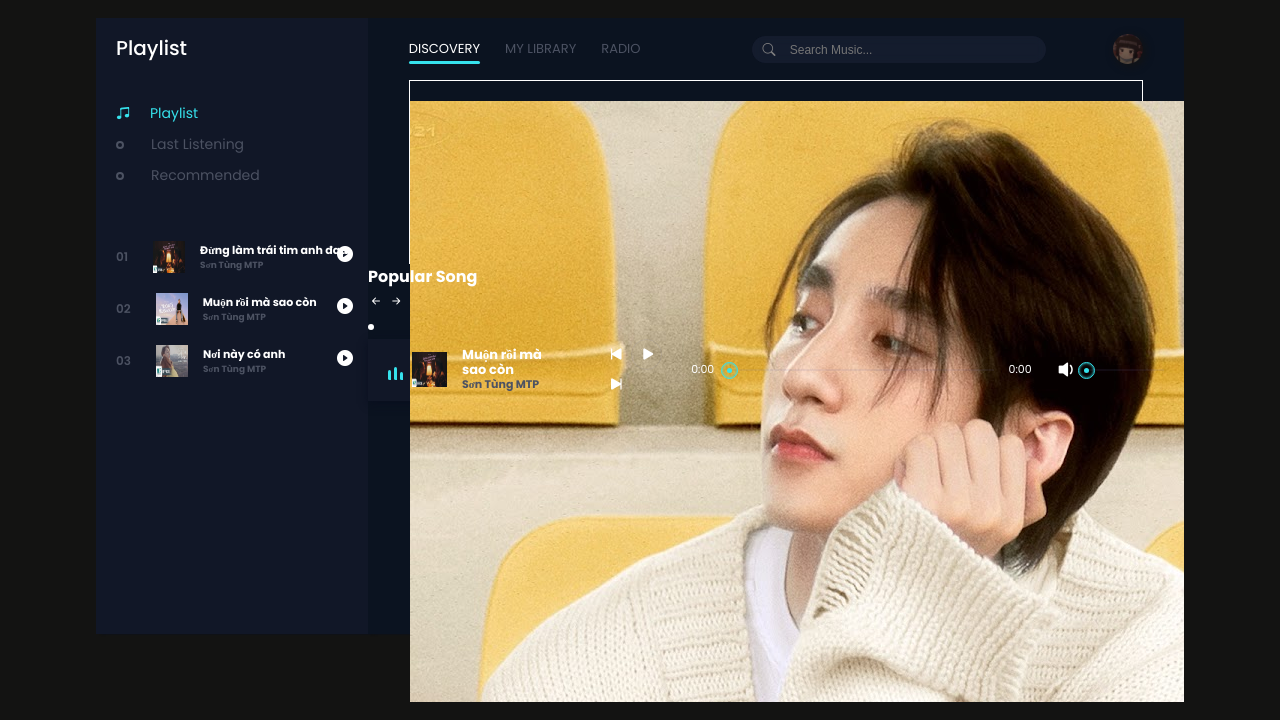
Repository: reminzuetto/Music-Website
Page: index.html
The author's editor kept a copy of each file at every save. The page is drawn from the files as they stood at one save, then again after the next save.
The browser window is 1280 px wide. The pictures show the whole page.

Above is the page before, as saved 2024-06-11 04:16:54.

### index.html
<!DOCTYPE html>
<html lang="en">
  <head>
    <meta charset="UTF-8" />
    <meta name="viewport" content="width=device-width, initial-scale=1.0" />
    <link rel="stylesheet" href="./style.css" />
    <link
      rel="stylesheet"
      href="https://cdn.jsdelivr.net/npm/bootstrap-icons@1.11.3/font/bootstrap-icons.min.css"
    />
    <title>Music Website</title>
  </head>
  <body>
    <header>
      <div class="menu_side">
        <h1>Playlist</h1>
        <div class="playlist">
          <h4 class="active">
            <span></span><i class="bi bi-music-note-beamed"></i>Playlist
          </h4>
          <h4>
            <span></span><i class="bi bi-music-note-beamed"></i>Last Listening
          </h4>
          <h4>
            <span></span><i class="bi bi-music-note-beamed"></i>Recommended
          </h4>
        </div>
        <div class="menu_song">
          <li class="songItem">
            <span>01</span>
            <img
              src="./MusicThumbnail/DungLamTraiTimAnhDau.jpg"
              alt="DungLamTraiTimAnhDau"
            />
            <h5 class="subtitle">
              Đừng làm trái tim anh đau
              <div class="subtitle">Sơn Tùng MTP</div>
            </h5>
            <i class="bi bi-play-circle-fill"></i>
          </li>
          <li class="songItem">
            <span>02</span>
            <img
              src="./MusicThumbnail/MuonRoiMaSaoCon.jpg"
              alt="MuonRoiMaSaoCon"
            />
            <h5 class="subtitle">
              Muộn rồi mà sao còn
              <div class="subtitle">Sơn Tùng MTP</div>
            </h5>
            <i class="bi bi-play-circle-fill"></i>
          </li>
          <li class="songItem">
            <span>03</span>
            <img src="./MusicThumbnail/NoiNayCoAnh.jpg" alt="NoiNayCoAnh" />
            <h5 class="subtitle">
              Nơi này có anh
              <div class="subtitle">Sơn Tùng MTP</div>
            </h5>
            <i class="bi bi-play-circle-fill"></i>
          </li>
        </div>
      </div>
      <div class="song_side">
        <nav>
          <ul>
            <li>DISCOVERY<span></span></li>
            <li>MY LIBRARY</li>
            <li>RADIO</li>
          </ul>
          <div class="search">
            <i class="bi bi-search"></i>
            <input type="text" placeholder="Search Music..." />
          </div>
          <div class="user">
            <img src="./Picture/Ava.jpg" alt="User" title="Yuuto" />
          </div>
        </nav>
        <div class="content">
          <div class="artistInfos">
            <div class="artistPicture">
              <img src="./ArtistWallPaper/MTP.jpg" alt="" />
            </div>
            <div class="artistInfo">
              <div class="verifiedArtist">
                <i class="bi bi-patch-check-fill"></i>
                <p class="text">Verified Artist</p>
              </div>
              <h1>Sơn Tùng MTP</h1>
            </div>
          </div>
          <div class="buttons">
            <button class="play"><i class="bi bi-play-circle"></i></button>
            <button class="follow">Follow</button>
          </div>
        </div>
        <div class="popular_song">
          <div class="h4">
            <h4>Popular Song</h4>
            <div class="btn_s">
              <i class="bi bi-arrow-left-short"></i>
              <i class="bi bi-arrow-right-short"></i>
            </div>
          </div>
            <div class="pop_song">
                <li class = "songItem">
                    <div class="img_play"></div>
                </li>
        </div>
      </div>

      <div class="master_play">
        <div class="wave">
          <div class="wave1"></div>
          <div class="wave1"></div>
          <div class="wave1"></div>
        </div>
        <img
          src="./MusicThumbnail/DungLamTraiTimAnhDau.jpg"
          alt="DungLamTraiTimAnhDau"
        />
        <h5 class="subtitle">
          Muộn rồi mà sao còn
          <div class="subtitle">Sơn Tùng MTP</div>
        </h5>
        <div class="icon">
          <i class="bi bi-skip-start-fill"></i>
          <i class="bi bi-play-fill"></i>
          <i class="bi bi-skip-end-fill"> </i>
        </div>
        <span class="currentStart">0:00</span>
        <div class="bar">
          <input type="range" id="seek" min="0" value="0" max="100" />
          <div class="bar2"></div>
          <div class="dot"></div>
        </div>
        <span class="currentEnd">0:00</span>

        <div class="vol">
          <i class="bi bi-volume-down-fill"></i>
          <input type="range" id="seek" min="0" value="0" max="100" />
          <div class="vol_bar"></div>
          <div class="dot"></div>
        </div>
      </div>
    </header>
    <script src="./main.js"></script>
  </body>
</html>

### style.css
@import url("https://fonts.googleapis.com/css2?family=Poppins:ital,wght@0,100;0,200;0,300;0,400;0,500;0,600;0,700;0,800;0,900;1,100;1,200;1,300;1,400;1,500;1,600;1,700;1,800;1,900&display=swap");
* {
  padding: 0%;
  margin: 0%;
  box-sizing: border-box;
}

body {
  width: 100%;
  height: 100vh;
  background-color: #131312;
  font-family: "Poppins", "sans-serif";
  display: flex;
  align-items: center;
  justify-content: center;
}

header {
  width: 85%;
  height: 95%;
  /* border: 1px solid #fff; */
  display: flex;
  flex-wrap: wrap;
  overflow: hidden;
}

header .menu_side,
.song_side {
  position: relative;
  width: 25%;
  height: 90%;
  /* border: 1px solid #fff; */
  background-color: #111727;
  box-shadow: 5px 0px 2px #090f1f;
  color: #fff;
}

header .song_side {
  width: 75%;
  background: #0b1320;
}

header .master_play {
  width: 100%;
  height: 10%;
  background: #111727;
  box-shadow: 0px 3px 8px #090f1f;
}

header .menu_side h1 {
  font-size: 20px;
  margin: 15px 0px 0px 20px;
  font-weight: 500;
}

header .menu_side .playlist {
  margin: 40px 0px 0px 20px;
}
header .menu_side .playlist h4 {
  font-size: 14px;
  font-weight: 400;
  padding-bottom: 10px;
  color: #4c5262;
  cursor: pointer;
  display: flex;
  align-items: center;
  transition: 0.3 linear;
}

header .menu_side .playlist h4:hover {
  color: #fff;
}
header .menu_side .playlist h4 span {
  position: relative;
  margin-right: 35px;
}
header .menu_side .playlist h4 span::before {
  content: "";
  position: absolute;
  width: 4px;
  height: 4px;
  border: 2px solid #4c5262;
  border-radius: 50%;
  top: -4px;
  transition: 0.3s linear;
}

header .menu_side .playlist h4:hover span::before:hover {
  border: 2px solid #fff;
}

header .menu_side .playlist h4 .bi {
  display: none;
}

header .menu_side .playlist .active {
  color: #36e2ec;
}

header .menu_side .playlist .active span {
  display: none;
}

header .menu_side .playlist .active .bi {
  display: block;
  margin-right: 20px;
}

header .menu_side .menu_song {
  width: 100%;
  height: 320px;
  /* border: 1px solid #fff; */
  margin-top: 40px;
}
header .menu_side .menu_song li {
  position: relative;
  list-style: none;
  padding: 5px 0px 5px 20px;
  margin-bottom: 10px;
  cursor: pointer;
  transition: 0.3s linear;
  display: flex;
  align-items: center;
}
header .menu_side .menu_song li:hover {
  background: rgb(105, 105, 170, 0.1);
}
header .menu_side .menu_song li span {
  font-size: 12px;
  font-weight: 600;
  color: #4c5262;
}
header .menu_side .menu_song li img {
  width: 32px;
  height: 32px;
  margin-left: 25px;
}

header .menu_side .menu_song li h5 {
  font-size: 11px;
  margin-left: 15px;
}

header .menu_side .menu_song li h5 .subtitle {
  font-size: 9px;
  color: #4c5262;
}

header .menu_side .menu_song li .bi {
  position: absolute;
  right: 15px;
  top: 6px;
}

header .master_play {
  display: flex;
  align-items: center;
  padding: 0 20px;
}

header .master_play .wave {
  width: 30px;
  height: 30px;
  padding-bottom: 5px;
  display: flex;
  align-items: flex-end;
}

header .master_play .wave .wave1 {
  width: 3px;
  height: 10px;
  margin-right: 3px;
  border-radius: 10px 10px 0 10px;
  background: #36e2ec;
  animation: unset;
}

header .master_play .wave .wave1:nth-child(2) {
  /* animation-delay: 0.4s; */
  height: 13px;
}

header .master_play .wave .wave1:nth-child(3) {
  /* animation-delay: 0.8s; */
  height: 8px;
}

/* javascript wave animation class */
header .master_play .active2 .wave1 {
  animation: wave 0.5s linear infinite;
}

header .master_play .active2 .wave1:nth-child(2) {
  animation-delay: 0.4s;
}

header .master_play .active2 .wave1:nth-child(3) {
  animation-delay: 0.8s;
}
@keyframes wave {
  0% {
    height: 10px;
  }
  50% {
    height: 15px;
  }
  100% {
    height: 10px;
  }
}

header .master_play img {
  width: 35px;
  height: 35px;
}

header .master_play h5 {
  width: 130px;
  font-size: 13px;
  margin-left: 15px;
  color: #fff;
  line-height: 15px;
}

header .master_play h5 .subtitle {
  font-size: 11px;
  color: #4c5262;
}

header .master_play .icon {
  font-size: 20px;
  color: #fff;
  margin: 0 20px 0 40px;
}

header .master_play .icon .bi {
  cursor: pointer;
  outline: none;
}

header .master_play .icon .bi:nth-child(2) {
  border: 1px solid rgb(105, 105, 170, 0.1);
  border-radius: 50%;
  padding: 1px 3px 0px 6px;
  transition: 0.3 linear;
}

header .master_play span {
  width: 32px;
  font-size: 11px;
  font-weight: 400;
  color: #fff;
}

header .master_play #currentStart {
  margin: 0 0 0 20px;
}

header .master_play .bar {
  position: relative;
  width: 43%;
  height: 2px;
  background: rgb(105, 105, 170, 0.1);
  margin: 0 15px 0 10px;
}

header .master_play .bar .bar2 {
  position: absolute;
  background: #36e2ec;
  width: 0%;
  height: 100%;
  top: 0;
}

header .master_play .bar .dot {
  position: absolute;
  width: 5px;
  height: 5px;
  background: #36e2ec;
  border-radius: 50%;
  left: 0%;
  top: -1px;
  transition: 1s linear;
}

header .master_play .bar .dot::before {
  content: "";
  position: absolute;
  width: 15px;
  height: 15px;
  border: 1px solid #36e2ec;
  border-radius: 50%;
  left: -6px;
  top: -6px;
  box-shadow: inset 0 0 3px #36e2ec;
}

header .master_play .bar input {
  position: absolute;
  width: 100%;
  top: -6px;
  left: 0;
  cursor: pointer;
  z-index: 999999;
  opacity: 0;
}

header .master_play .vol {
  position: relative;
  width: 100px;
  height: 2px;
  margin-left: 50px;
  background-color: rgb(105, 105, 170, 0.1);
}

header .master_play .vol .bi {
  position: absolute;
  color: #fff;
  font-size: 25px;
  top: -17px;
  left: -30px;
}

header .master_play .vol input {
  position: absolute;
  width: 100%;
  top: -6px;
  left: 0;
  cursor: pointer;
  z-index: 999999;
  opacity: 0;
}

header .master_play .vol .bar2 {
  position: absolute;
  background: #36e2ec;
  width: 0%;
  height: 100%;
  top: 0;
}

header .master_play .vol .dot {
  position: absolute;
  width: 5px;
  height: 5px;
  background: #36e2ec;
  border-radius: 50%;
  left: 0%;
  top: -1px;
  transition: 1s linear;
}

header .master_play .vol .dot::before {
  content: "";
  position: absolute;
  width: 15px;
  height: 15px;
  border: 1px solid #36e2ec;
  border-radius: 50%;
  left: -6px;
  top: -6px;
  box-shadow: inset 0 0 3px #36e2ec;
}

header .song_side {
  z-index: 2;
}

header .song_side nav {
  width: 90%;
  height: 10%;
  margin: auto;
  /* border: 1px solid #fff; */
  display: flex;
  align-items: center;
  justify-content: space-between;
}

header .song_side nav ul {
  display: flex;
}

header .song_side nav ul li {
  position: relative;
  list-style-type: none;
  font-size: 13px;
  color: #4c5262;
  margin-right: 25px;
  cursor: pointer;
  transition: 0.3 linear;
}

header .song_side nav ul li:hover {
  color: #fff;
}

header .song_side nav ul li:nth-child(1) {
  color: #fff;
}

header .song_side nav ul li span {
  position: absolute;
  width: 100%;
  height: 2.5px;
  background: #36e2ec;
  bottom: -5px;
  left: 0;
  border-radius: 20px;
}

header .song_side nav .search {
  position: relative;
  width: 40%;
  padding: 1px 10px;
  border-radius: 20px;
  color: gray;
}

header .song_side nav .search::before {
  content: "";
  position: absolute;
  width: 100%;
  height: 100%;
  border-radius: 20px;
  background: rgb(105, 105, 170, 0.1);
  backdrop-filter: blur(5px);
  z-index: -1;
}

header .song_side nav .search .bi {
  font-size: 13px;
  padding: 3px 0 0 10px;
}

header .song_side nav .search input {
  background: none;
  border: none;
  outline: none;
  padding: 0 10px;
  color: #fff;
  font-size: 12px;
}

header .song_side nav .user {
  position: relative;
  width: 30px;
  height: 30px;
  border-radius: 50%;
  cursor: pointer;
}

header .song_side nav .user img {
  position: absolute;
  width: 100%;
  height: 100%;
  border-radius: 50%;
  box-shadow: 2px 2px 8px #131312;
}

header .song_side .content {
  width: 90%;
  height: 30%;
  margin: auto;
  border: 1px solid #fff;
  padding-top: 20px;
}

header .song_side .content .verifiedArtist {
  display: flex;
  align-items: center;
  justify-content: flex-start;
}

header .song_side .content .verifiedArtist .text {
  padding-left: 20px;
}

header .song_side .content h1 {
  font-size: 6rem;
  font-weight: 900;
}

header .song_side .content .buttons {
  position: relative;
  margin-top: 15px;
}

header .song_side .content .buttons .play {
  padding: 0;
  position: absolute;
  background: none;
  color: #fff;
  outline: none;
  font-size: 40px;
  border: none;
}

header .song_side .content .buttons .follow {
  position: absolute;
  width: 130px;
  height: 30px;
  border: 2px solid #fff;
  outline: none;
  border-radius: 20px;
  background: none;
  color: #fff;
  left: 4rem;
  top: 0.5rem;
}

header .song_side .content .buttons .play:hover {
  font-size: 45px;
  top: -0.1rem;
  left: -0.1rem;
}

header .song_side .content .buttons .follow:hover {
  color: #000;
  background: #fff;
}

Loaded but not shown: main.js (no copy from this time; the picture is the same without it)

After the next save:
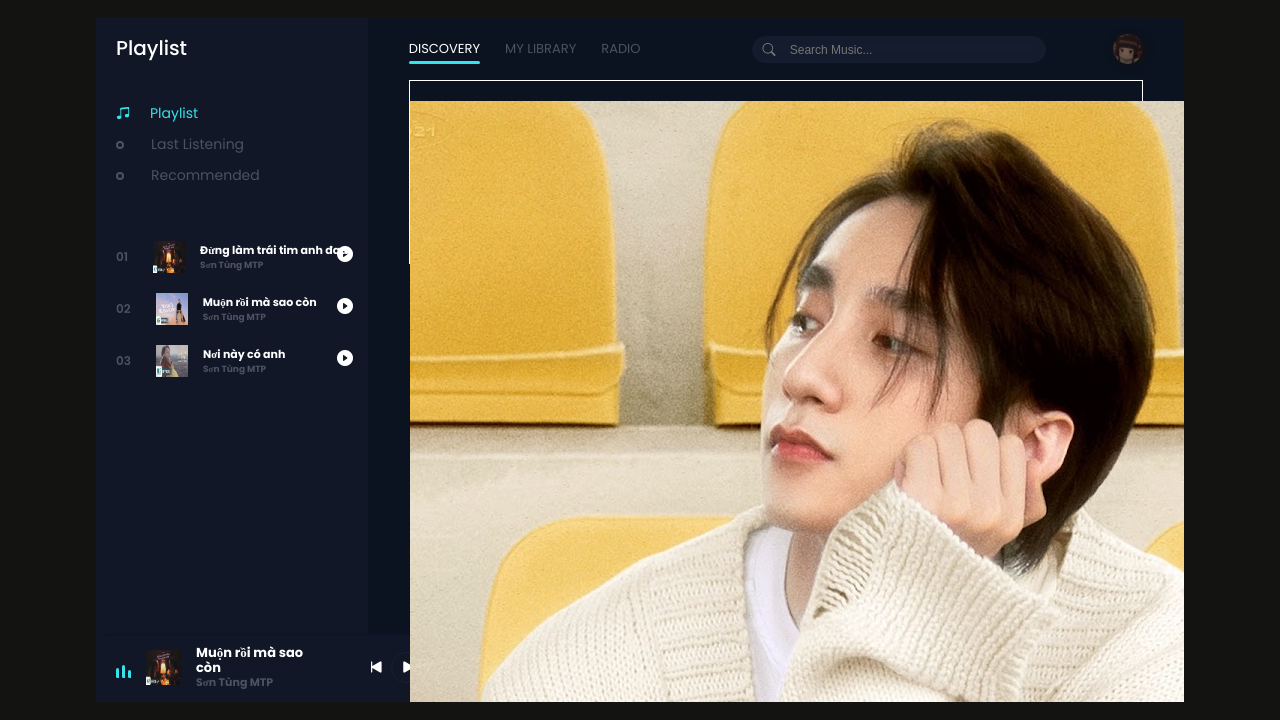
Saved 24 s later.
--- a/index.html
+++ b/index.html
@@ -95,17 +95,7 @@
           </div>
         </div>
         <div class="popular_song">
-          <div class="h4">
-            <h4>Popular Song</h4>
-            <div class="btn_s">
-              <i class="bi bi-arrow-left-short"></i>
-              <i class="bi bi-arrow-right-short"></i>
-            </div>
-          </div>
-            <div class="pop_song">
-                <li class = "songItem">
-                    <div class="img_play"></div>
-                </li>
+          <div class="h4"></div>
         </div>
       </div>
 
